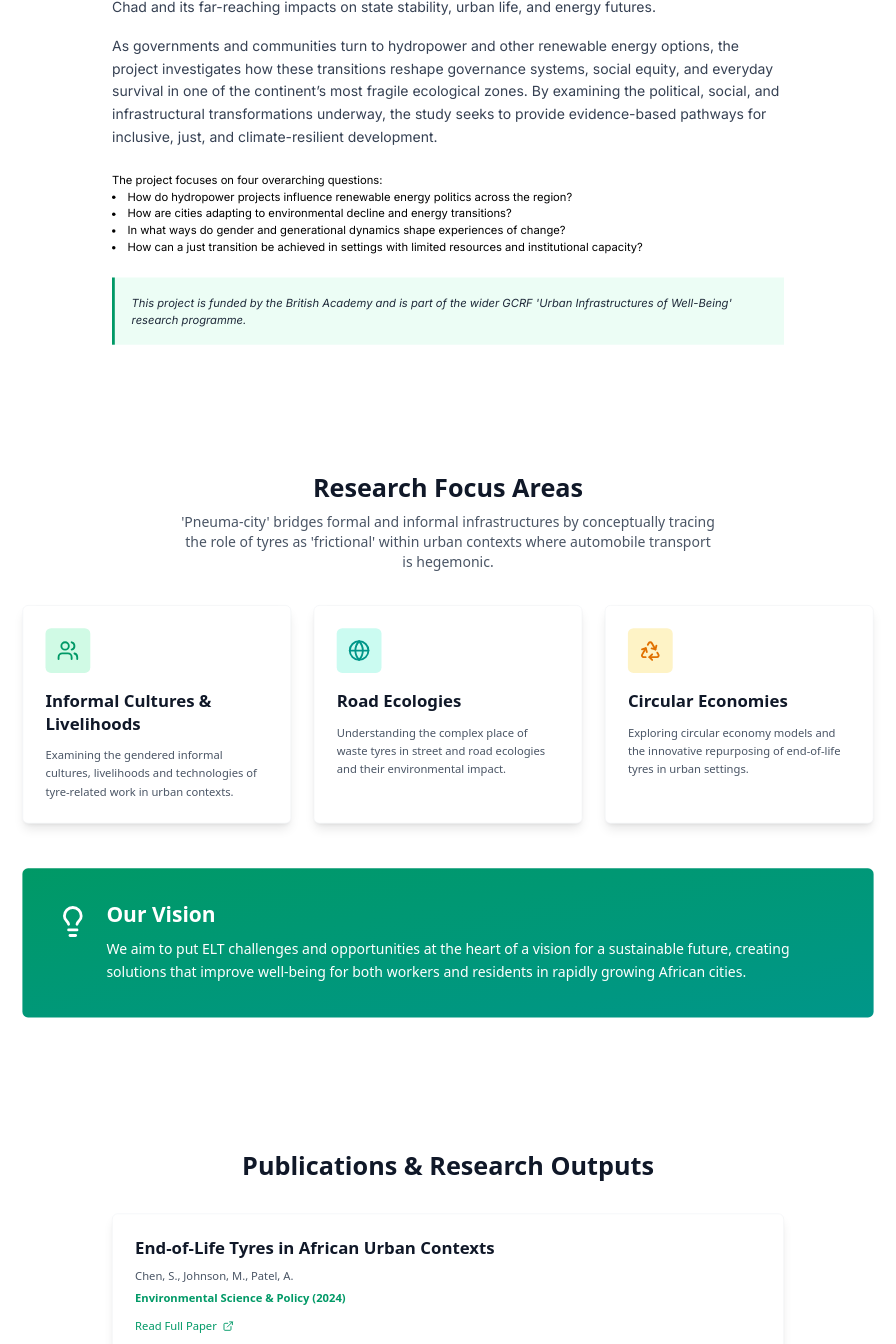
Repository: tiossdav/codesria
Page: /
The author's editor kept a copy of each file at every save. The page is drawn from the files as they stood at one save, then again after the next save.
The browser window is 1280 px wide. The pictures show the part of the page from y = 1048 to 2968 px (the page is 5468 px tall before and 5480 px after), at 70% of full size.
The project was rebuilt for these pictures with package versions that can differ from the ones it lists, and the page was loaded fresh each time. Also part of the build but not shown: vite.config.ts.

Above is the page before, as saved 2025-11-19 17:14:17.

After the next save:
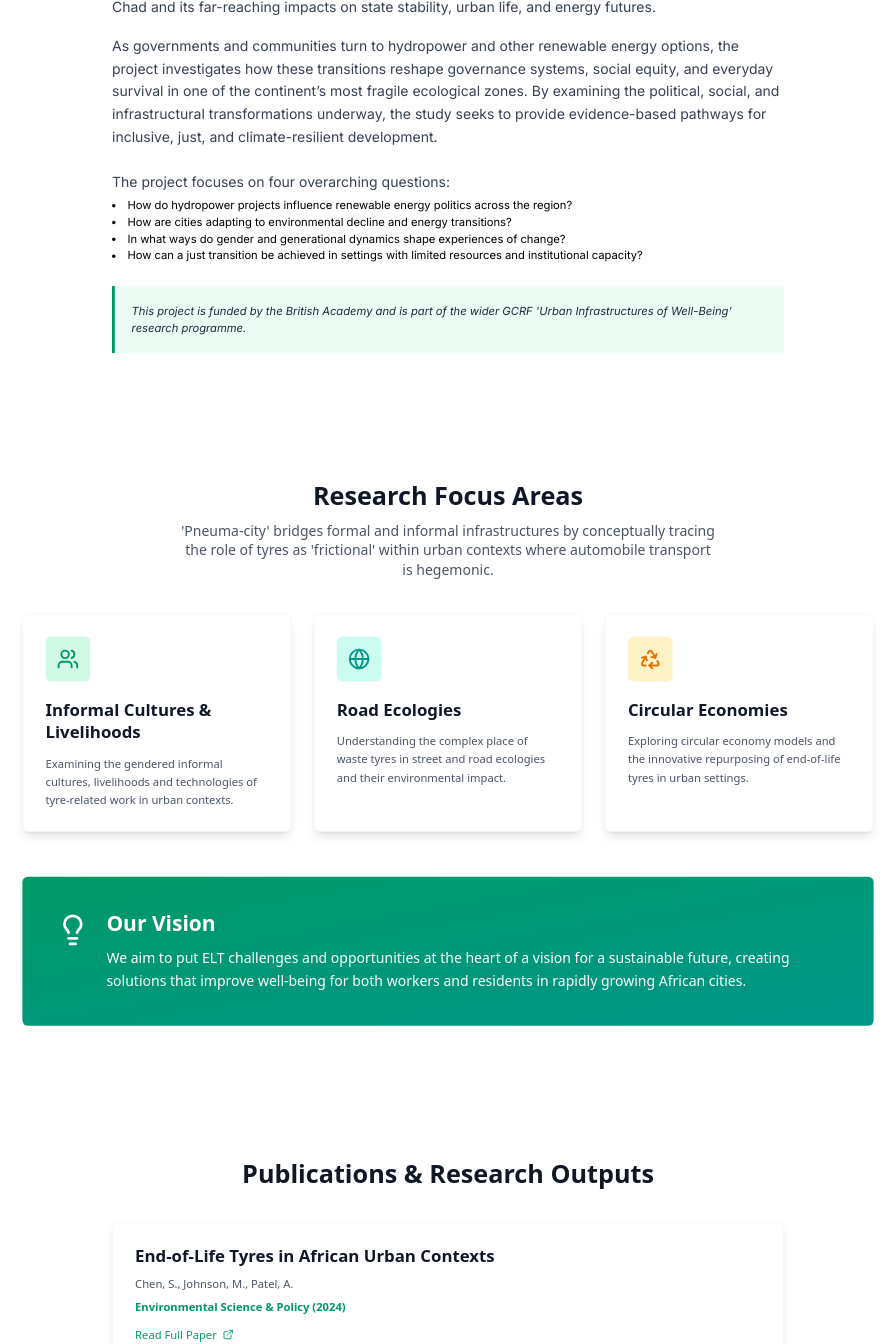
Saved 44 s later.
--- a/src/pages/About.tsx
+++ b/src/pages/About.tsx
@@ -20,7 +20,9 @@ function About() {
           to provide evidence-based pathways for inclusive, just, and
           climate-resilient development.
         </p>
-        <p>The project focuses on four overarching questions:</p>
+        <p className="text-xl text-gray-700 leading-relaxed mb-1">
+          The project focuses on four overarching questions:
+        </p>
         <ul className="list-disc list-inside mb-6">
           <li>
             How do hydropower projects influence renewable energy politics
